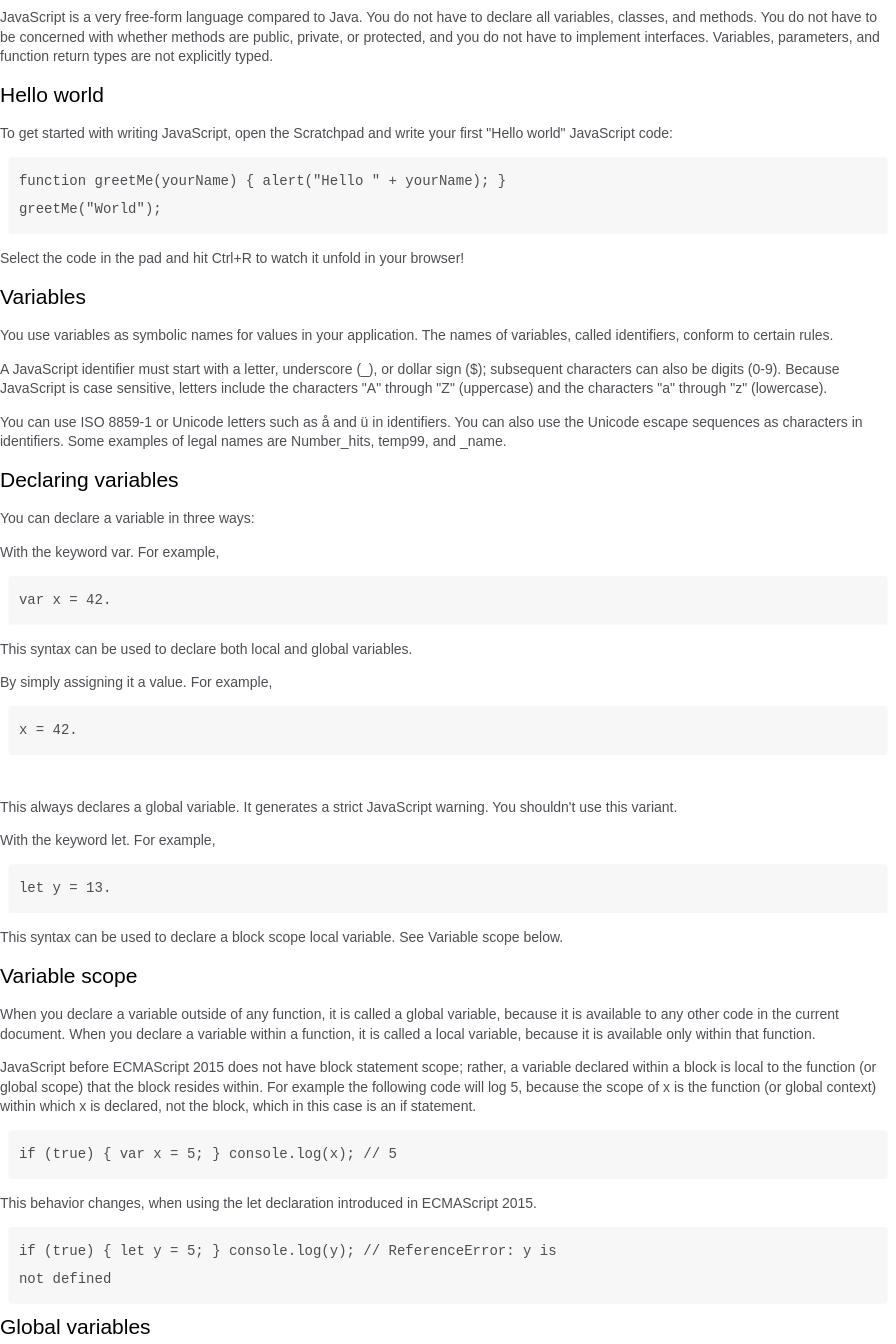
Repository: Lungdjos/technical_document_page_certificate
Page: index.html
An editor plug-in stored every save of this project. The page is shown before and after the next save, followed by the edit.
The browser window is 1280 px wide. The pictures show the part of the page from y = 931 to 2851 px (the page is 6876 px tall before and 6912 px after), at 70% of full size.

Above is the page before, as saved 2023-11-21 22:49:22.

After the next save:
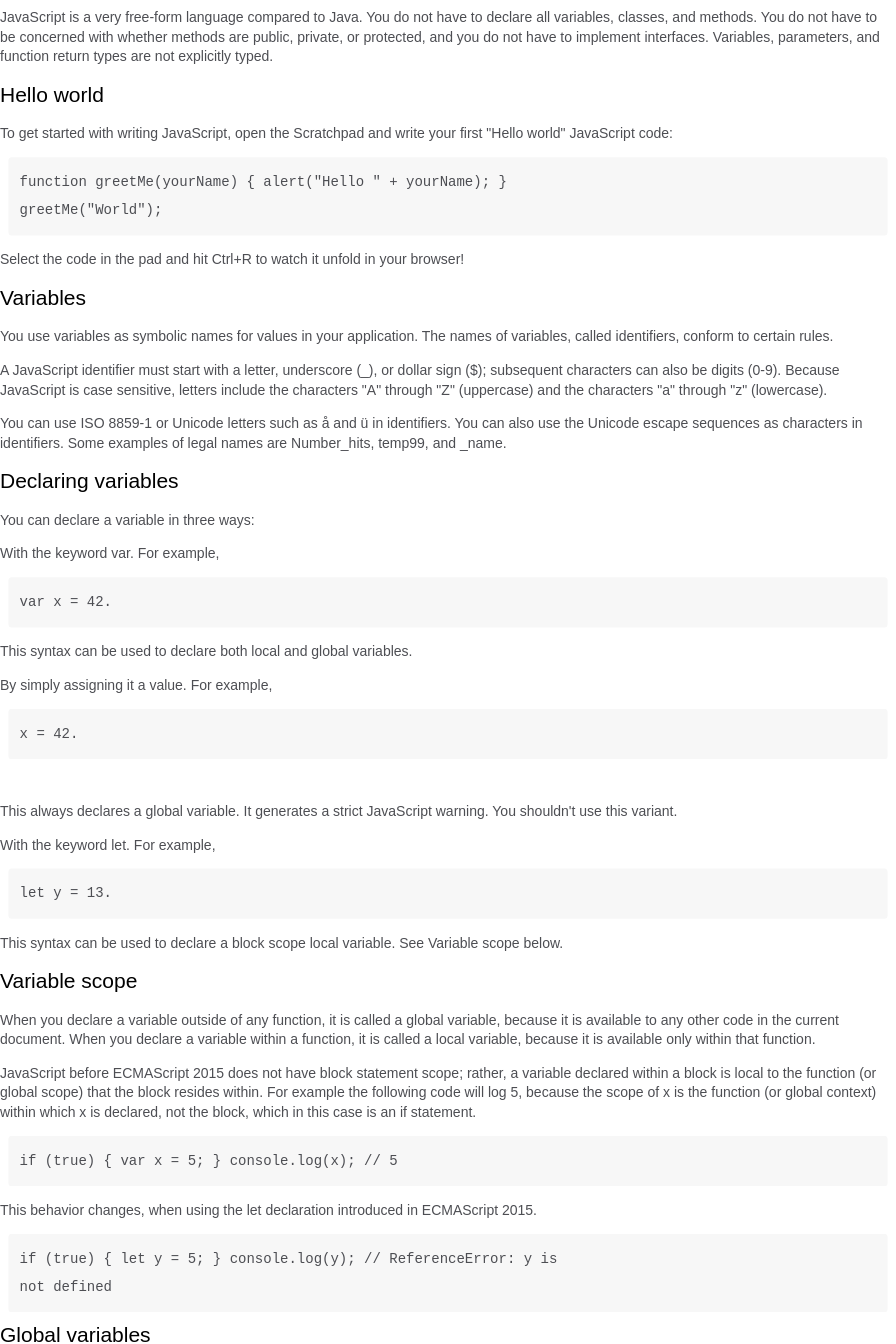
Saved 4 s later.
--- a/styles.css
+++ b/styles.css
@@ -69,7 +69,7 @@ code {
     word-wrap: normal;
     line-height: 2;
     background-color: #f7f7f7;
-    padding: 15px;
+    padding: 16px;
     margin: 12px;
     border-radius: 5px;
 }
